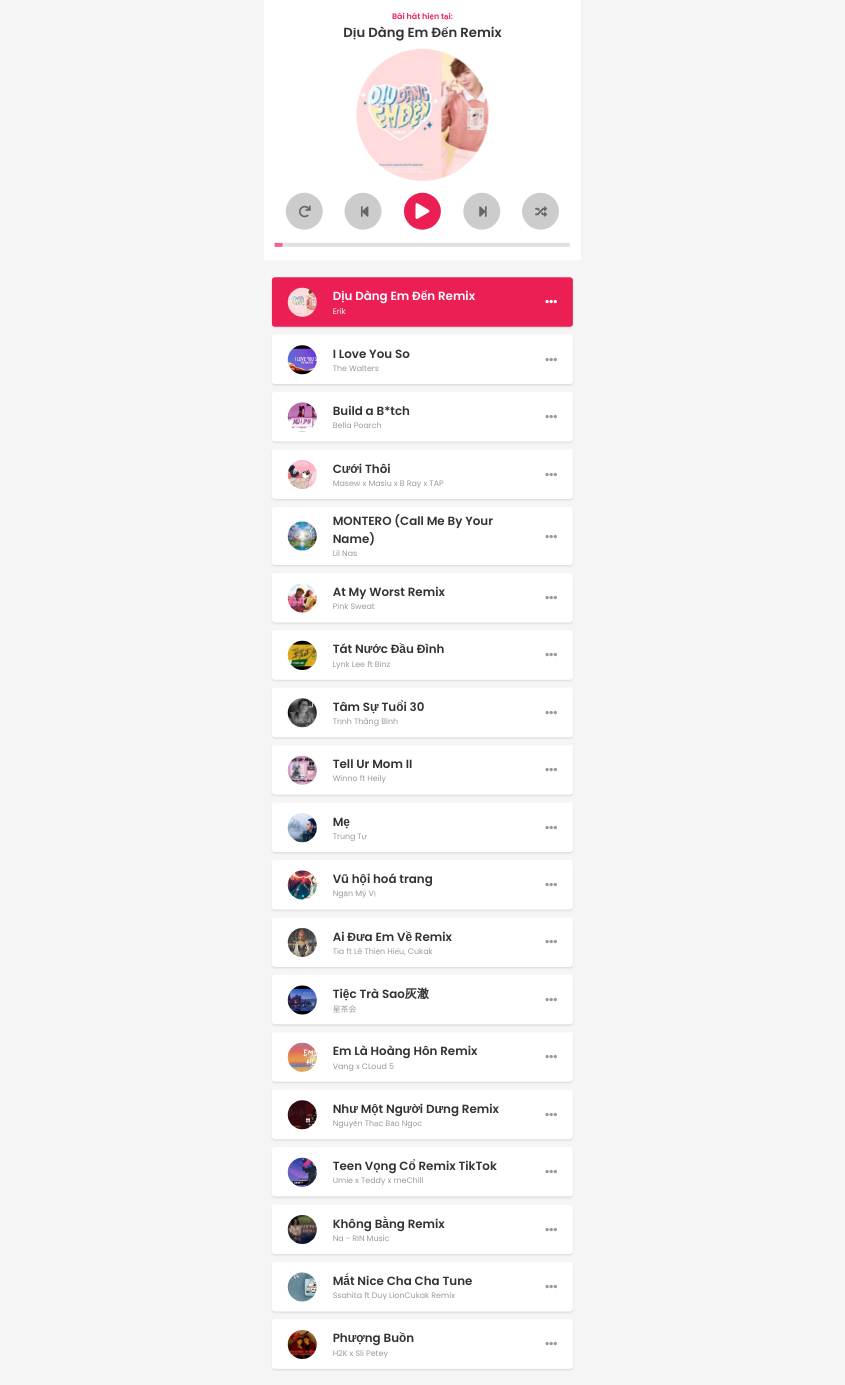
Repository: hopcodedao/music
Page: index.html
The author's editor kept a copy of each file at every save. The page is drawn from the files as they stood at one save, then again after the next save.
The browser window is 1280 px wide. The pictures show the whole page, at 66% of full size.
Pictures or frames that could not be fetched are drawn as grey boxes.

Above is the page before, as saved 2022-07-08 20:39:35.
Console error: ReferenceError: _this is not defined

After the next save:
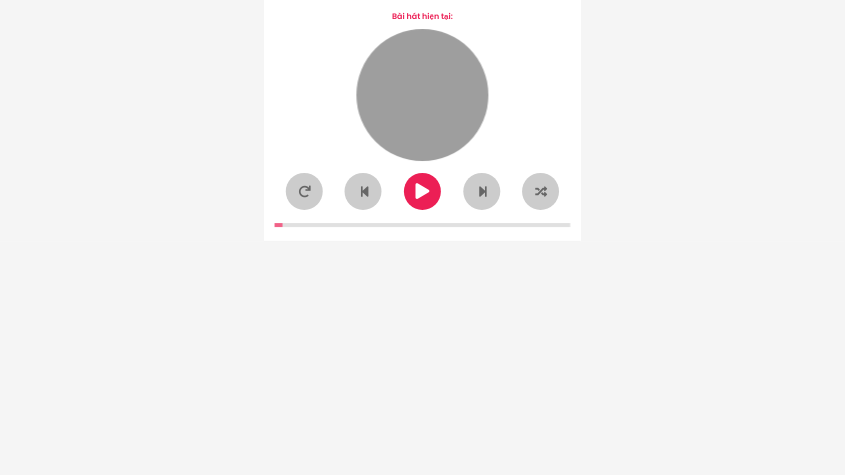
Console error: TypeError: Cannot set properties of null (setting 'textContent')
Saved 13 h 49 min later.
--- a/index.html
+++ b/index.html
@@ -19,7 +19,7 @@
     <!-- Header -->
     <header>
       <h4>Bài hát hiện tại:</h4>
-      <h2>String 57th & 9th</h2>
+      <!-- <h2>String 57th & 9th</h2> -->
     </header>
 
     <!-- CD -->

After the save that followed:
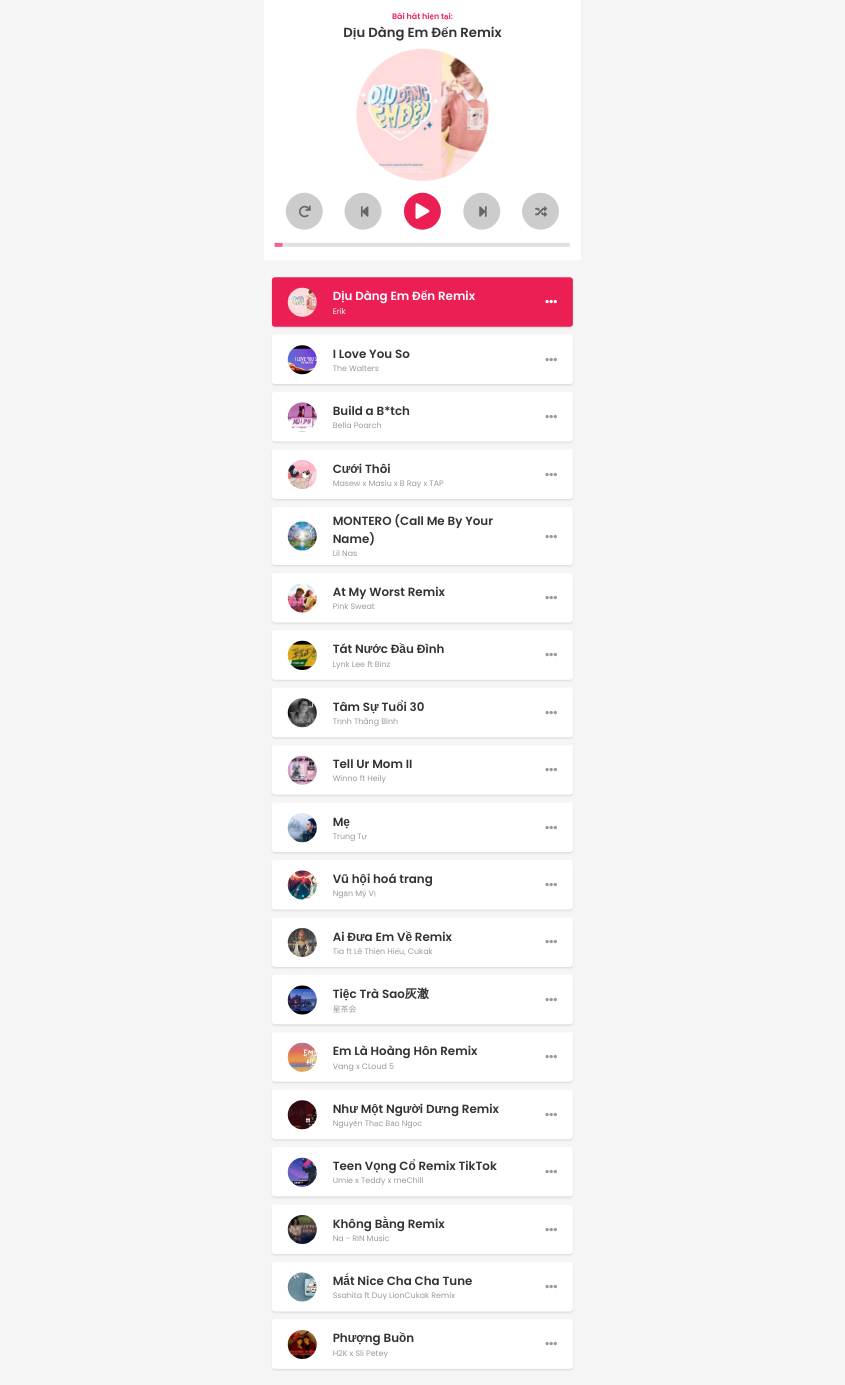
Console error: ReferenceError: _this is not defined
Saved 4 s later.
--- a/index.html
+++ b/index.html
@@ -19,7 +19,7 @@
     <!-- Header -->
     <header>
       <h4>Bài hát hiện tại:</h4>
-      <!-- <h2>String 57th & 9th</h2> -->
+      <h2>String 57th & 9th</h2>
     </header>
 
     <!-- CD -->
